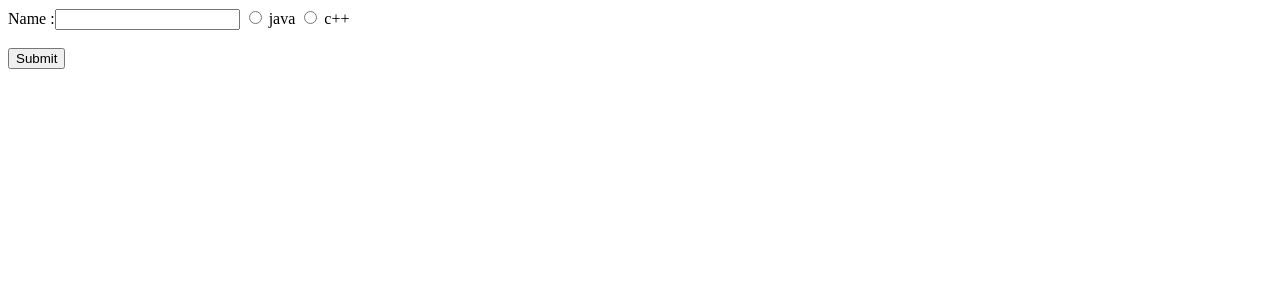
Repository: sushmasetti/Angular1
Page: Eclipse/Test1/WebContent/Language.html
The author's editor kept a copy of each file at every save. The page is drawn from the files as they stood at one save, then again after the next save.
The browser window is 1280 px wide. The pictures show the whole page.

Above is the page before, as saved 2019-08-09 22:43:35.

### Eclipse/Test1/WebContent/Language.html
<!DOCTYPE html>
<html>
<head>
<meta charset="ISO-8859-1">
<title>Insert title here</title>
</head>
<body>
<form action="language.jsp">
Name :<input type ="text" name="name"/>
 <INPUT TYPE="radio" NAME="radios" VALUE="java" C>
           java
           <INPUT TYPE="radio" NAME="radios" VALUE="c++">
            c++
           <BR>
           <br>

<input type ="submit"/>
</body>
</html>

After the next save:
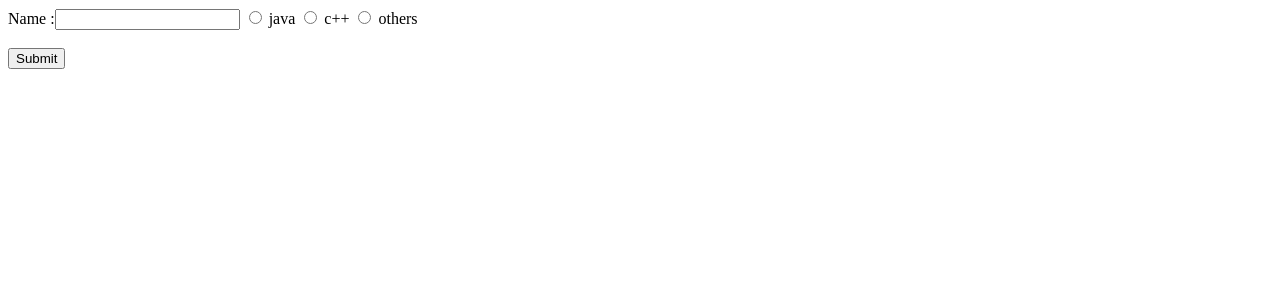
Saved 29 s later.
--- a/Eclipse/Test1/WebContent/Language.html
+++ b/Eclipse/Test1/WebContent/Language.html
@@ -7,10 +7,12 @@
 <body>
 <form action="language.jsp">
 Name :<input type ="text" name="name"/>
- <INPUT TYPE="radio" NAME="radios" VALUE="java" C>
+ <INPUT TYPE="radio" NAME="radios" VALUE="java" >
            java
            <INPUT TYPE="radio" NAME="radios" VALUE="c++">
             c++
+            <INPUT TYPE="radio" NAME="radios" VALUE="others">
+            others
            <BR>
            <br>
 
